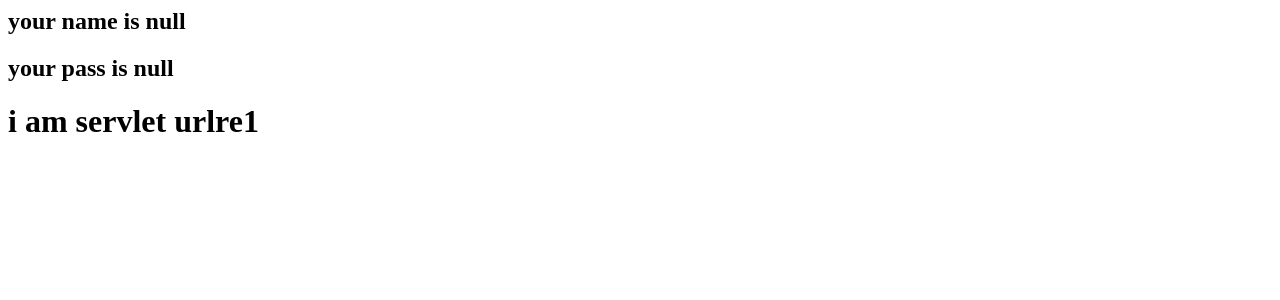
Repository: mubashirkhan1/Corejsvs__Programs
Page: http://localhost/TestWeb/Urlre1
These files come from the project's save history. The page is drawn as it stood at one moment and after a run of saves; the edit follows.
The browser window is 1280 px wide. The pictures show the whole page.
The page is served by Tomcat 9.

Above is the page before, as saved 2021-03-09 22:05:44.

After the next 2 saves:
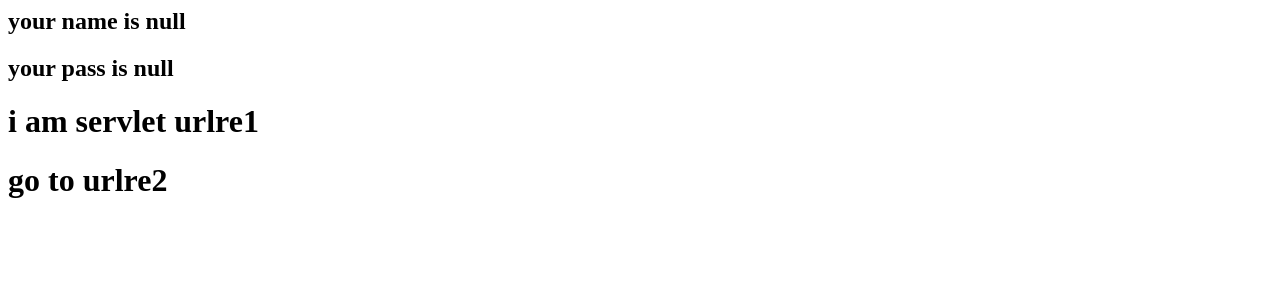
The 2 saves are shown as one change because 1 did not build or start.
The last was saved 2 min 25 s later.
--- a/basicprogram/TestWeb/src/com/Urlre1/Urlre1.java
+++ b/basicprogram/TestWeb/src/com/Urlre1/Urlre1.java
@@ -23,6 +23,8 @@ public class Urlre1 extends HttpServlet {
 			pw.println("<h2> your name is   "+s1+"</h2>");
 			pw.println("<h2> your pass is   "+s2+"</h2>");
 			pw.println("<h1>i am servlet urlre1<h1>");
+
+			pw.println("<a> go to urlre2</a>");
 	}
 
 }
